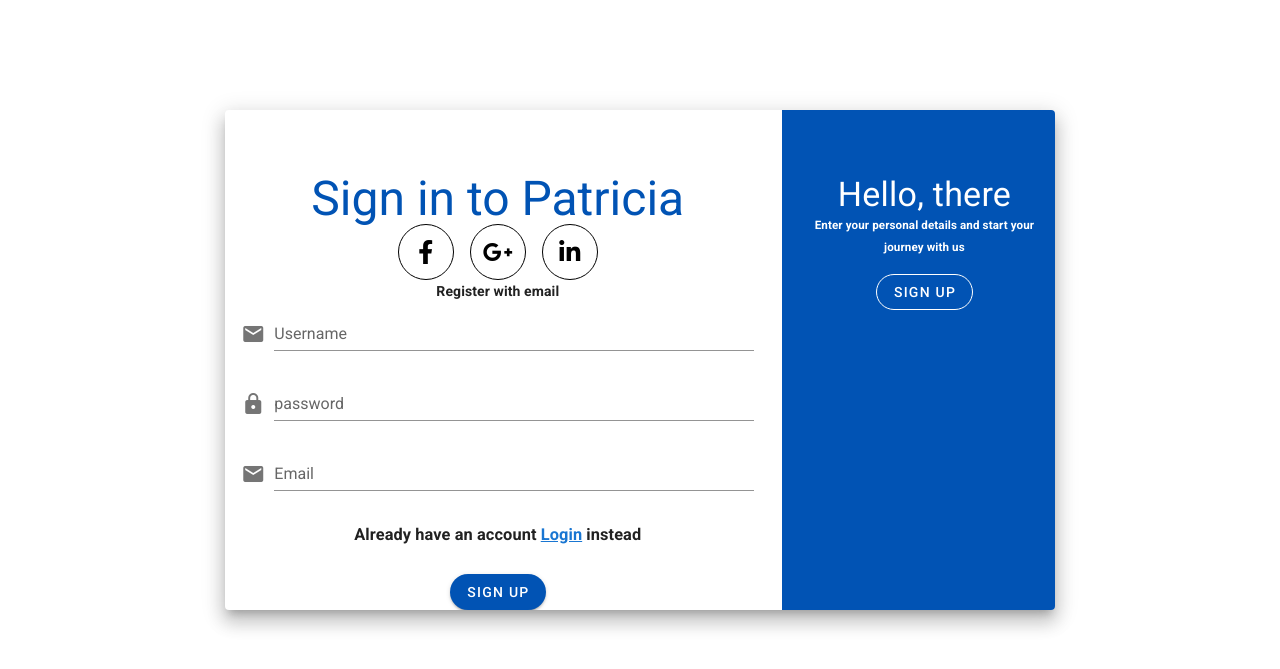
Repository: akinsikuoluwafemi/Pats_userAuth
Page: /signup
The author's editor kept a copy of each file at every save. The page is drawn from the files as they stood at one save, then again after the next save.
The browser window is 1280 px wide. The pictures show the whole page.
The project was rebuilt for these pictures with package versions that can differ from the ones it lists, and the page was loaded fresh each time. Also part of the build but not shown: vue.config.js, src/views/Home.vue, src/components/Login.vue, src/components/UserInfo.vue.

Above is the page before, as saved 2020-11-05 01:17:27.

### src/App.vue
<template>
  <v-app>


    <v-main>
      <router-view></router-view>
    </v-main>
  </v-app>
</template>

<script>

export default {
  name: 'App',

  components: {

},

  data: () => ({
    //
  }),
};
</script>

### src/router/index.js
import Vue from 'vue'
import VueRouter from 'vue-router'
import Home from '../views/Home.vue'
import Login from '../components/Login.vue'
import Signup from "../components/Signup.vue";
import UserInfo from "../components/UserInfo.vue";


Vue.use(VueRouter)

const routes = [
  {
    path: "/",
    name: "Home",
    component: Home,
  },
  {
    path: "/login",
    name: "Login",
    component: Login,
  },

  {
    path: "/signup",
    name: "Signup",
    component: Signup,
  },

  {
    path: "/userinfo",
    name: "Userinfo",
    component: UserInfo,
  },
  {
    path: "/about",
    name: "About",
    // route level code-splitting
    // this generates a separate chunk (about.[hash].js) for this route
    // which is lazy-loaded when the route is visited.
    component: () =>
      import(/* webpackChunkName: "about" */ "../views/About.vue"),
  },
];

const router = new VueRouter({
  mode: 'history',
  base: process.env.BASE_URL,
  routes
})

export default router

### src/plugins/vuetify.js
import "@fortawesome/fontawesome-free/css/all.css"
import 'material-design-icons-iconfont/dist/material-design-icons.css'
import Vue from 'vue';
import Vuetify from 'vuetify/lib';

Vue.use(Vuetify);

export default new Vuetify({
    icons: {
        iconfont: 'md' || 'fa'
    }
});

### src/components/Signup.vue
<template>
  <v-app>
    <v-content>
      <v-container class="fill-height" fluid>
        <v-row align="center" justify="center">
          <v-col cols="12" sm="8" md="8">
            <v-card class="elevation-12">
              <v-window v-model="stop">
                <v-window-item :value="1">
                  <v-row>
                    <v-col cols="12" md="8">
                      <v-card-text class="mt-12">
                        <h1
                          class="text-center display-2"
                          v-bind:style="{ color: '#0153B4' }"
                        >
                          Sign in to Patricia
                        </h1>
                        <div class="text-center" mt-4>
                          <v-btn class="mx-2" fab color="black" outlined>
                            <v-icon>fab fa-facebook-f</v-icon>
                          </v-btn>
                          <v-btn class="mx-2" fab color="black" outlined>
                            <v-icon>fab fa-google-plus-g</v-icon>
                          </v-btn>
                          <v-btn class="mx-2" fab color="black" outlined>
                            <v-icon>fab fa-linkedin-in</v-icon>
                          </v-btn>
                        </div>
                        <h4 class="text-center mlt-4">Register with email</h4>
                        <v-form>
                          <v-text-field
                            label="Username"
                            name="username"
                            prepend-icon="email"
                            type="text"
                            v-bind:style="{ color: '#0153B4' }"
                          />
                          <v-text-field
                            id="password"
                            label="password"
                            name="Password"
                            prepend-icon="lock"
                            type="password"
                            v-bind:style="{ color: '#0153B4' }"
                          />
                          <v-text-field
                            label="Email"
                            name="Email"
                            prepend-icon="email"
                            type="text"
                            v-bind:style="{ color: '#0153B4' }"
                          />
                        </v-form>
                        <h3 class="text-center mt-3">
                          Already have an account
                          <router-link to="/login"> Login</router-link> instead
                        </h3>
                      </v-card-text>
                      <div class="text-center mt-3">
                        <v-btn
                          rounded
                          v-bind:style="{ background: '#0153B4' }"
                          dark
                          >Sign Up</v-btn
                        >
                      </div>
                    </v-col>
                    <v-col
                      cols="12"
                      md="4"
                      class=""
                      v-bind:style="{ background: '#0153B4' }"
                    >
                      <v-card-text class="white--text mt-12">
                        <h1 class="text-center display-1">Hello, there</h1>
                        <h5 class="text-center">
                          Enter your personal details and start your journey
                          with us
                        </h5>
                      </v-card-text>
                      <div class="text-center">
                        <v-btn rounded outlined="" dark @click="step++">
                          SIGN UP
                        </v-btn>
                      </div>
                    </v-col>
                  </v-row>
                </v-window-item>

              </v-window>
            </v-card>
          </v-col>
        </v-row>
      </v-container>
    </v-content>
  </v-app>
</template>
<script>
export default {
  data: () => ({
    step: 1
  }),
  props: {
    source: String
  }
}
</script>

Loaded but not shown: public/index.html (common file); src/main.js (common file)

After the next save:
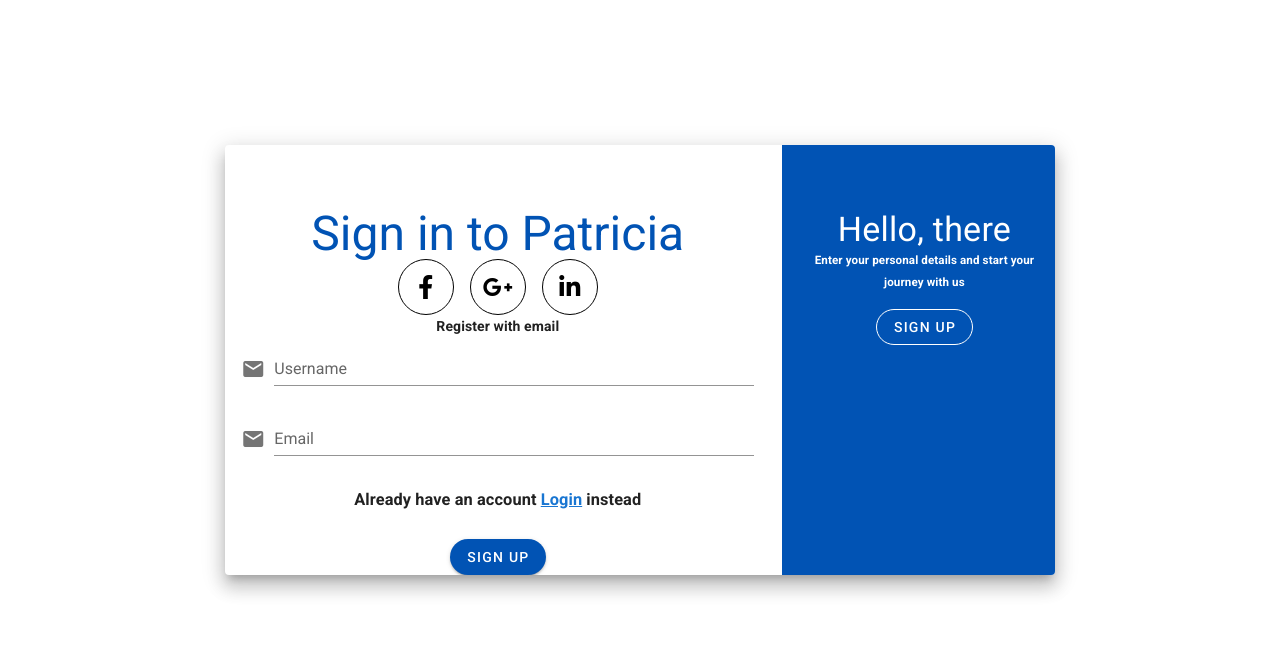
Saved 20 s later.
--- a/src/components/Signup.vue
+++ b/src/components/Signup.vue
@@ -36,14 +36,7 @@
                             type="text"
                             v-bind:style="{ color: '#0153B4' }"
                           />
-                          <v-text-field
-                            id="password"
-                            label="password"
-                            name="Password"
-                            prepend-icon="lock"
-                            type="password"
-                            v-bind:style="{ color: '#0153B4' }"
-                          />
+
                           <v-text-field
                             label="Email"
                             name="Email"

After the 2 saves that followed:
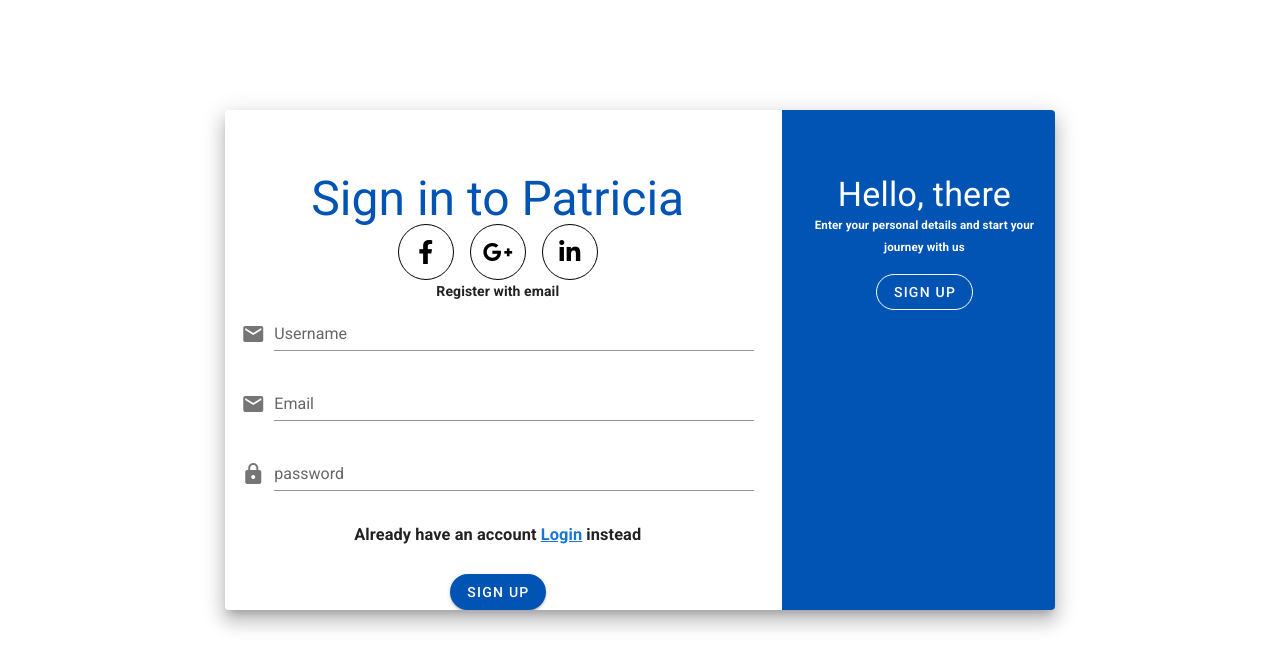
The 2 saves are shown as one change because they came seconds apart.
The last was saved 5 s later.
--- a/src/components/Signup.vue
+++ b/src/components/Signup.vue
@@ -42,6 +42,15 @@
                             name="Email"
                             prepend-icon="email"
                             type="text"
+                            v-bind:style="{ color: '#0153B4' }"
+                          />
+
+                            <v-text-field
+                            id="password"
+                            label="password"
+                            name="Password"
+                            prepend-icon="lock"
+                            type="password"
                             v-bind:style="{ color: '#0153B4' }"
                           />
                         </v-form>
